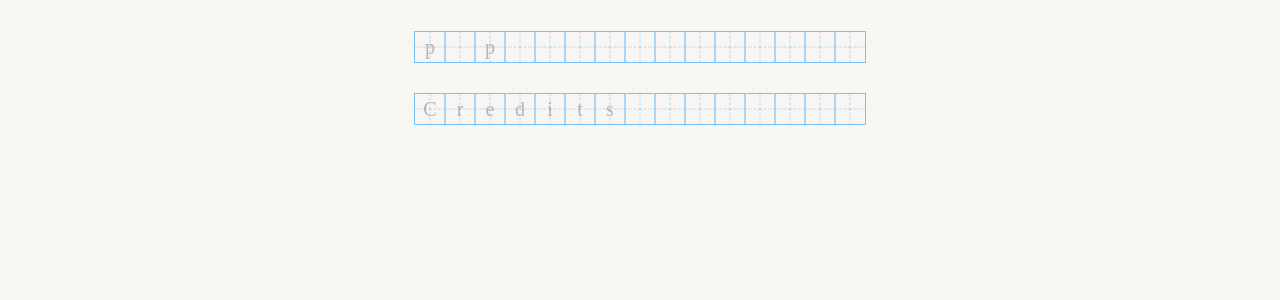
Repository: pyrcl090/p-p
Page: index.html
The author's editor kept a copy of each file at every save. The page is drawn from the files as they stood at one save, then again after the next save.
The browser window is 1280 px wide. The pictures show the whole page.
The page's requests for data from a server got no answer. Some web fonts or font styles are not loaded; a fallback is used.

Above is the page before, as saved 2025-04-19 23:10:21.

### index.html
<!DOCTYPE html>
<html lang="en">
<head>
    <meta charset="UTF-8">
    <meta name="viewport" content="width=device-width, initial-scale=1.0">
    <title>P</title>
    <link rel="stylesheet" href="style.css">
</head>
<body>

    <div class="grid-wrapper">
        <div class="grid-border" id="grid-border">
          <!-- JavaScript will populate .grid-item elements here -->
        </div>
      </div>

        <!-- <div class="grid-wrapper">
          <div class="grid-container"></div>
          <div class="overlay-grid"></div>
        </div> -->

        <script src="script.js" async defer></script>
</body>
</html>

### style.css
@font-face {
  font-family: 'HMP';
  src: url("./assets/hiragino-maru-gothic-pron-w4.otf") format("truetype");
}

a {
  color: rgb(167, 151, 0);
  opacity: .5;
}

html, body {
  background-color: rgb(247, 246, 242);
  margin: 0;
  padding: 0;
  font-family: 'HMP';
}

body {

}

.grid-wrapper {
  padding: 2em;
  display: flex;
  justify-content: flex-start;
  align-items: center;
  flex-direction: column;
  width: 100%;
  min-height: 100vh;
  box-sizing: border-box;
}

.grid-border {
  display: flex;
  flex-direction: column;
  align-items: center;
  gap: 2em;
}

/* Inner container holding grid + overlay */
.grid-wrapper-inner {
  position: relative;
  display: inline-block;
  line-height: 0;
}

/* Grid background */
.grid-columns-rows {
  display: grid;
  grid-template-columns: repeat(15, 30px);
  grid-auto-rows: 30px;
  gap: 0;
  outline: 1px solid rgb(88, 181, 253);
  pointer-events: none;
  z-index: 1;
}

/* Each subcell (quad layout) */
.grid-columns-rows .grid-item {
  display: grid;
  grid-template-columns: repeat(2, 1fr);
  grid-template-rows: repeat(2, 1fr);
  width: 30px;
  height: 30px;
  outline: 0.5px solid rgb(88, 181, 253);
  opacity: 0.6;
}

.sub-cell {
  outline: 0.15px dashed rgb(88, 181, 253);
  opacity: 0.4;
  width: 100%;
  height: 100%;
}

/* Overlaid text */
.grid-content {
  display: grid;
  grid-template-columns: repeat(15, 30px);
  grid-auto-rows: 30px;
  gap: 0;
  position: absolute;
  top: 0;
  left: 0;
  z-index: 2;
}

.overlay-item {
  width: 30px;
  height: 30px;
  font-size: 20px;
  text-align: center;
  display: flex;
  justify-content: center;
  align-items: center;
  font-family: 'HMP';
  color: rgba(113, 113, 113, 0.6);
  line-height: 1;
  white-space: nowrap;
  pointer-events: auto;
}

.grid-image {
  width: 100%;  /* Ensure it fills the available width of the wrapper */
  display: block;  /* Block display to avoid inline issues */
  object-fit: contain;  /* Maintain aspect ratio and fit within the container */
  max-height: calc(30px * 10);  /* Ensure the image doesn't exceed the height of 5 rows */
  margin: 0; /* Remove any default margin */
  opacity: .8;
}

.grid-image-wrapper {
  display: flex;  /* Flexbox enables easy alignment of the image */
  justify-content: center;  /* Default alignment to center, you can change it via JS */
  align-items: center;  /* Vertically center the image */
  width: 100%;  /* Make sure it spans the full width of the grid column */
  height: calc(30px * 5);  /* Ensure it takes up exactly 5 rows in height */
}

.grid-item {
  display: flex;
  flex-direction: column;
  width: fit-content;
  opacity: .8;
}

.grid-item.channel-name {
  cursor: pointer;
}

.grid-item.channel-content {
  display: none;
}
/* .content-separator {
  grid-column: span 15;
  height: 30px;
} */

### script.js

const menuItems = [
  {
    title: 'p p',
    content: ''
  },
  {
    title: 'Credits',
    content: ''
  }
];

const channels = [
  'p-pp-vz1bkeezvp0',
  'read-re_d-rode',
  'putaiinnnnn'
];

const gridBorder = document.getElementById('grid-border');
const cols = 15;
const cellSize = 30;
let currentlyOpenId = null;
const loadedChannels = new Set();

function createGridStructure(numItems) {
  const grid = document.createElement('div');
  grid.className = 'grid-columns-rows';
  const rows = Math.ceil(numItems / cols);
  const totalCells = rows * cols;

  for (let i = 0; i < totalCells; i++) {
    const cell = document.createElement('div');
    cell.className = 'grid-item';

    for (let j = 0; j < 4; j++) {
      const sub = document.createElement('div');
      sub.className = 'sub-cell';
      cell.appendChild(sub);
    }

    grid.appendChild(cell);
  }

  return grid;
}

function createOverlayItem(char, isLink = false, href = '') {
  const div = document.createElement('div');
  div.className = 'overlay-item';

  if (isLink) {
    const a = document.createElement('a');
    a.href = href;
    a.target = '_blank';
    a.textContent = char;
    a.style.textDecoration = 'none';
    a.style.color = 'inherit';
    div.appendChild(a);
  } else {
    div.textContent = char;
  }

  return div;
}

function addTextBlock(text, container) {
  for (const char of text) {
    const div = createOverlayItem(char);
    container.appendChild(div);
  }

  const remainder = text.length % cols;
  if (remainder !== 0) {
    for (let i = 0; i < cols - remainder; i++) {
      container.appendChild(document.createElement('div'));
    }
  }
}

function fillChannelContent(contentEl, slug) {
  fetch(`https://api.are.na/v2/channels/${slug}?per=100`)
    .then(res => res.json())
    .then(data => {
      let totalCells = 0;

      if (data.metadata?.description) {
        addTextBlock(data.metadata.description, contentEl);
        totalCells += data.metadata.description.length;
        totalCells += (cols - (data.metadata.description.length % cols)) % cols;
      }

      data.contents.forEach(block => {
        if (block.image?.display?.url) {
          const img = document.createElement('img');
          img.src = block.image.display.url;
          img.className = 'grid-image';

          const colSpan = 15;
          const rowSpan = 10;

          img.style.gridColumn = `span ${colSpan}`;
          img.style.gridRow = `span ${rowSpan}`;
          img.style.justifySelf = Math.random() > 0.5 ? 'flex-start' : 'flex-end';

          contentEl.appendChild(img);
          totalCells += colSpan * rowSpan;
        }

        if (block.file?.url) {
          const fileLink = document.createElement('a');
          fileLink.href = block.file.url;
          fileLink.target = '_blank';
          fileLink.textContent = `View file: ${block.file.name || 'Document'}`;
          contentEl.appendChild(fileLink);
          contentEl.appendChild(document.createElement('br'));

          totalCells += 2;
        }

        const text = block.content || block.title || block.body || '';
        if (text) {
          addTextBlock(text, contentEl);
          totalCells += text.length;
          totalCells += (cols - (text.length % cols)) % cols;
        }
      });

      const rowsNeeded = Math.ceil(totalCells / cols);
      const totalCellsNeeded = rowsNeeded * cols;

      const wrapper = contentEl.closest('.grid-wrapper-inner');
      const oldGrid = wrapper.querySelector('.grid-columns-rows');
      if (oldGrid) oldGrid.remove();

      const newGrid = createGridStructure(totalCellsNeeded);
      wrapper.insertBefore(newGrid, contentEl);

      loadedChannels.add(slug);
    })
    .catch(error => console.error(`Error fetching data for channel ${slug}:`, error));
}

function toggleContent(id, slug) {
  const contentWrapper = document.getElementById(id);
  const contentItem = contentWrapper.closest('.channel-content');

  if (currentlyOpenId && currentlyOpenId !== id) {
    const prevWrapper = document.getElementById(currentlyOpenId);
    const prevItem = prevWrapper?.closest('.channel-content');
    if (prevItem) prevItem.style.display = 'none';
  }

  const isOpen = contentItem.style.display === 'block';

  if (isOpen) {
    contentItem.style.display = 'none';
    currentlyOpenId = null;
  } else {
    contentItem.style.display = 'block';
    currentlyOpenId = id;

    if (!loadedChannels.has(slug)) {
      fillChannelContent(contentWrapper, slug);
    }
  }
}

function toggleMenuContent(id) {
  const contentWrapper = document.getElementById(id);
  const contentItem = contentWrapper.closest('.channel-content');

  if (currentlyOpenId && currentlyOpenId !== id) {
    const prevWrapper = document.getElementById(currentlyOpenId);
    const prevItem = prevWrapper?.closest('.channel-content');
    if (prevItem) prevItem.style.display = 'none';
  }

  const isOpen = contentItem.style.display === 'block';

  if (isOpen) {
    contentItem.style.display = 'none';
    currentlyOpenId = null;
  } else {
    contentItem.style.display = 'block';
    currentlyOpenId = id;
  }
}

function createMenuItem(menuData, index) {
  const title = menuData.title;
  const textContent = menuData.content;
  const contentId = `menu-content-${index}`;

  const nameItem = document.createElement('div');
  nameItem.className = 'grid-item channel-name';

  const grid = createGridStructure(title.length);
  const content = document.createElement('div');
  content.className = 'grid-content';

  for (const char of title) {
    const item = createOverlayItem(char);
    item.style.cursor = 'pointer';
    item.addEventListener('click', () => toggleMenuContent(contentId));
    content.appendChild(item);
  }

  const wrapper = document.createElement('div');
  wrapper.className = 'grid-wrapper-inner';
  wrapper.appendChild(grid);
  wrapper.appendChild(content);
  nameItem.appendChild(wrapper);
  gridBorder.appendChild(nameItem);

  const contentItem = document.createElement('div');
  contentItem.className = 'grid-item channel-content';
  contentItem.style.display = 'none';

  const contentGrid = createGridStructure(textContent.length);
  const contentOverlay = document.createElement('div');
  contentOverlay.className = 'grid-content';
  contentOverlay.id = contentId;

  addTextBlock(textContent, contentOverlay);

  const contentWrapper = document.createElement('div');
  contentWrapper.className = 'grid-wrapper-inner';
  contentWrapper.appendChild(contentGrid);
  contentWrapper.appendChild(contentOverlay);

  contentItem.appendChild(contentWrapper);
  gridBorder.appendChild(contentItem);
}

function createChannelItem(channelData, index) {
  const slug = channelData.slug;
  const title = channelData.title || `Channel ${index + 1}`;
  const contentId = `channel-content-${index}`;

  const nameItem = document.createElement('div');
  nameItem.className = 'grid-item channel-name';

  const grid = createGridStructure(title.length);
  const content = document.createElement('div');
  content.className = 'grid-content';

  for (const char of title) {
    const item = createOverlayItem(char);
    item.style.cursor = 'pointer';
    item.addEventListener('click', () => toggleContent(contentId, slug));
    content.appendChild(item);
  }

  const wrapper = document.createElement('div');
  wrapper.className = 'grid-wrapper-inner';
  wrapper.appendChild(grid);
  wrapper.appendChild(content);
  nameItem.appendChild(wrapper);
  gridBorder.appendChild(nameItem);

  const contentItem = document.createElement('div');
  contentItem.className = 'grid-item channel-content';
  contentItem.style.display = 'none';

  const contentGrid = createGridStructure(200); // placeholder
  const contentOverlay = document.createElement('div');
  contentOverlay.className = 'grid-content';
  contentOverlay.id = contentId;

  const contentWrapper = document.createElement('div');
  contentWrapper.className = 'grid-wrapper-inner';
  contentWrapper.appendChild(contentGrid);
  contentWrapper.appendChild(contentOverlay);

  contentItem.appendChild(contentWrapper);
  gridBorder.appendChild(contentItem);
}

// Add menu items first
menuItems.forEach((item, index) => {
  createMenuItem(item, index);
});

// Add channel items after
channels.forEach((slug, index) => {
  fetch(`https://api.are.na/v2/channels/${slug}?per=1`)
    .then(res => res.json())
    .then(data => {
      data.slug = slug;
      createChannelItem(data, index);
    });
});

After the next save:
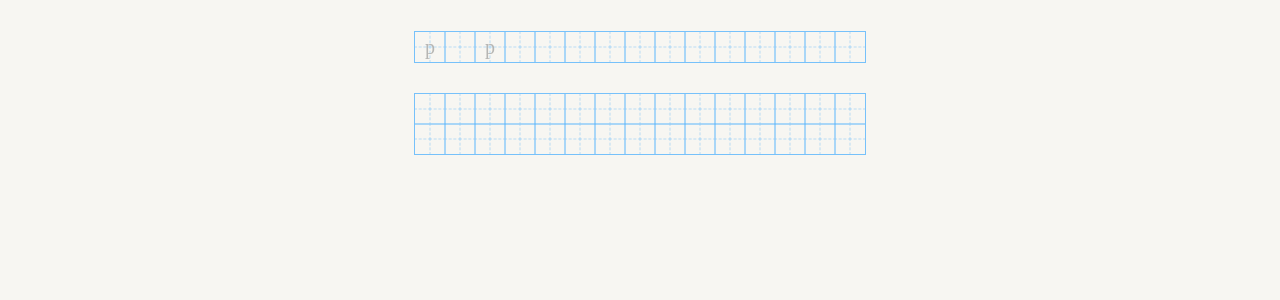
Saved 11 s later.
--- a/script.js
+++ b/script.js
@@ -5,7 +5,7 @@
     content: ''
   },
   {
-    title: 'Credits',
+    title: '                ',
     content: ''
   }
 ];
